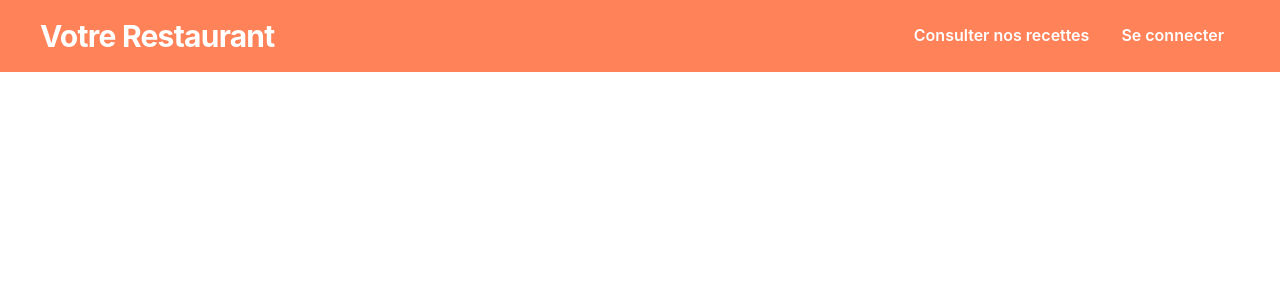
Repository: Ecaron76/tp-restau-next
Page: /
The author's editor kept a copy of each file at every save. The page is drawn from the files as they stood at one save, then again after the next save.
The browser window is 1280 px wide. The pictures show the whole page.
The project was rebuilt for these pictures with package versions that can differ from the ones it lists, and the page was loaded fresh each time. The framework's server and built-in components were replaced by stand-ins that run in the browser. Also part of the build but not shown: next.config.mjs.

Above is the page before, as saved 2024-02-25 18:05:37.

After the next save:
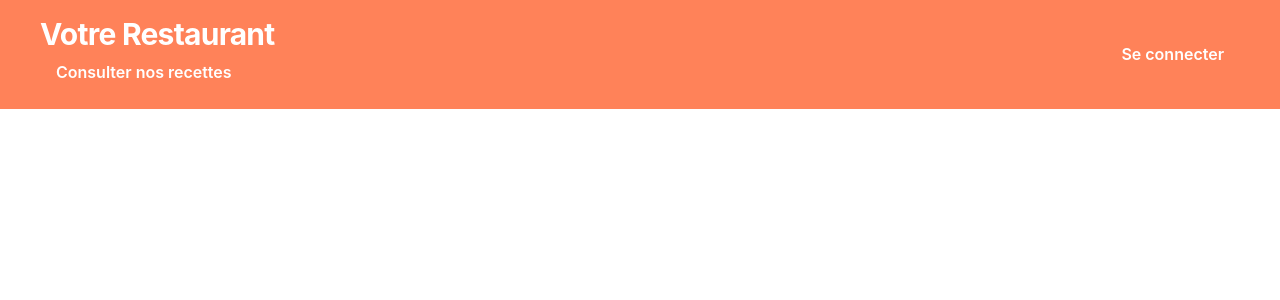
Saved 34 s later.
--- a/src/components/Header/Header.tsx
+++ b/src/components/Header/Header.tsx
@@ -8,22 +8,20 @@
         {/* Logo ou Nom du restaurant */}
         <Heading as="h1" size="lg" letterSpacing="tight">
           <NextLink href="/" passHref>
-
               Votre Restaurant
-
           </NextLink>
-        </Heading>
-
-        <Spacer />
-
-        {/* Liens de navigation */}
-        <Box>
+          <Box>
           <NextLink href="/recettes" passHref>
             <Button  variant="ghost" color={'white'}>
               Consulter nos recettes
             </Button>
           </NextLink>
         </Box>
+        </Heading>
+
+        <Spacer />
+
+
         <Box>
           <NextLink href="/login" passHref>
             <Button  variant="ghost" color={'white'}>

After the save that followed:
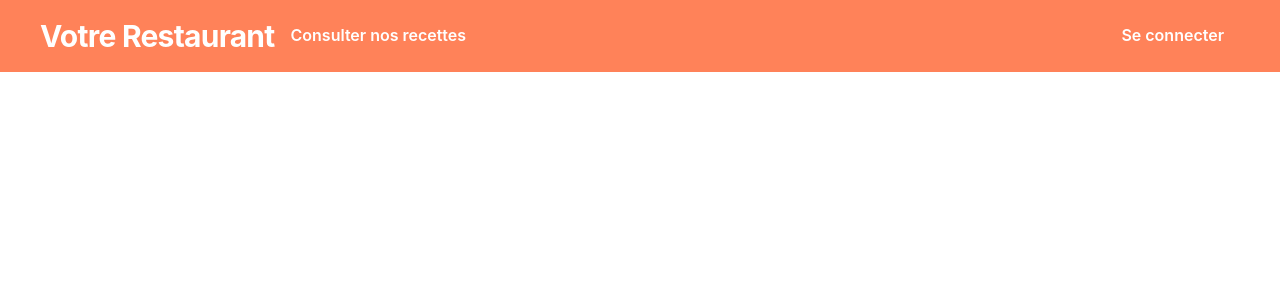
Saved 5 s later.
--- a/src/components/Header/Header.tsx
+++ b/src/components/Header/Header.tsx
@@ -10,14 +10,14 @@
           <NextLink href="/" passHref>
               Votre Restaurant
           </NextLink>
-          <Box>
+        </Heading>
+        <Box>
           <NextLink href="/recettes" passHref>
             <Button  variant="ghost" color={'white'}>
               Consulter nos recettes
             </Button>
           </NextLink>
         </Box>
-        </Heading>
 
         <Spacer />
 
